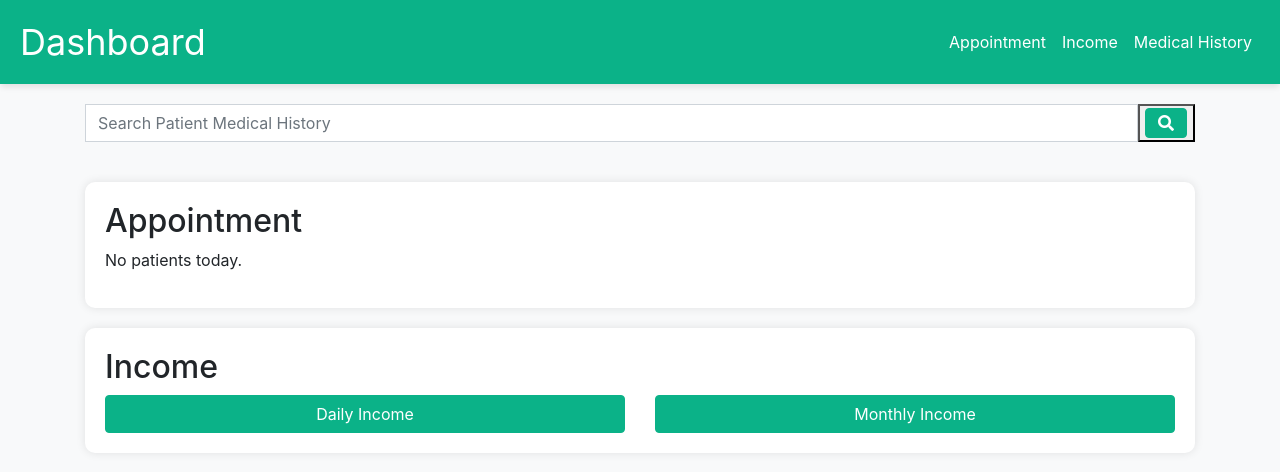
Repository: theonlymono/FitfinityHealthcareWebsiteJ2EE
Page: http://localhost/Fitfinity/doctorDashboard.jsp
These files come from the project's save history. The page is drawn as it stood at one moment and after a run of saves; the edit follows.
The browser window is 1280 px wide. The pictures show the whole page.
Some web libraries are served in a nearby version. The page is served by Tomcat 9. Queries for data that is not in the repository find no rows.

Above is the page before, as saved 2024-02-28 21:43:25.

After the next 2 saves:
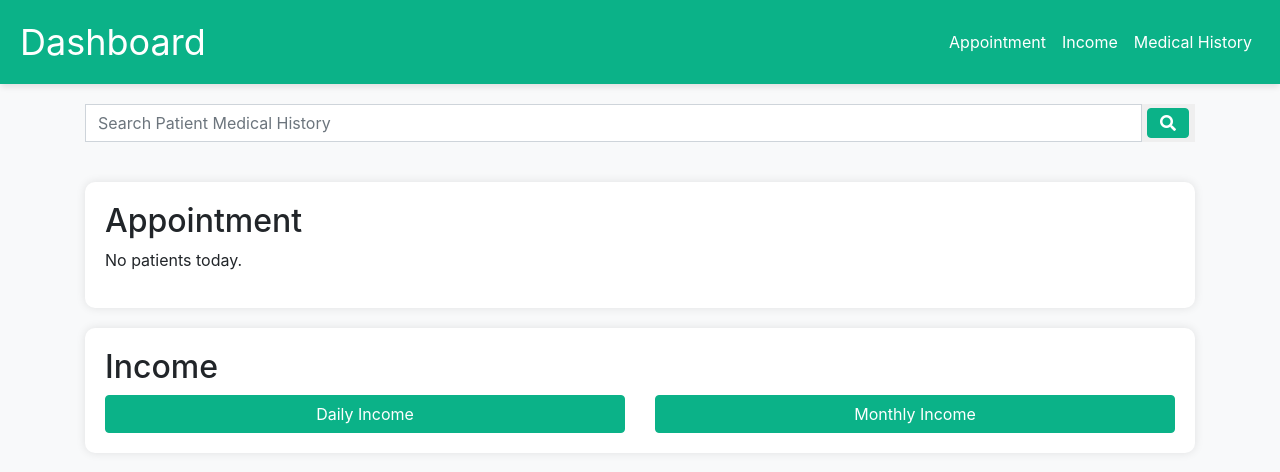
The 2 saves are shown as one change because they came seconds apart.
The last was saved 7 s later.
--- a/fitfinity/Fitfinity/WebContent/doctorDashboard.jsp
+++ b/fitfinity/Fitfinity/WebContent/doctorDashboard.jsp
@@ -211,7 +211,7 @@
               <div class="input-group mb-3">
               	<input type="hidden" name="userid" value="<%= userid %>">
                 <input type="text" class="form-control" name="id" placeholder="Search Patient Medical History">
-                <button style="" type="submit">
+                <button style="border: none;" type="submit">
 	                <div class="input-group-append">
 
 	                  <span class="input-group-text" style="background-color: #0bb288; border-color: #0bb288;">
